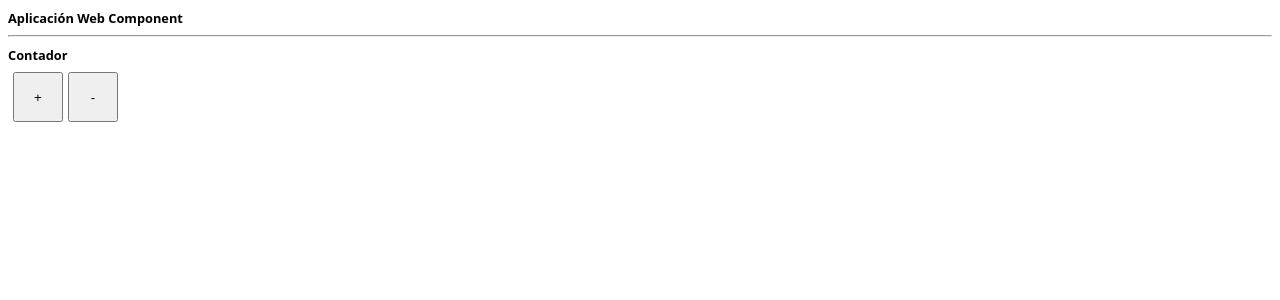
Repository: maxTech2019/Lab-react-C12024
Page: /
An editor plug-in stored every save of this project. The page is shown before and after the next save, followed by the edit.
The browser window is 1280 px wide. The pictures show the whole page.
The project was rebuilt for these pictures with package versions that can differ from the ones it lists, and the page was loaded fresh each time. Also part of the build but not shown: vite.config.js, src/component/Productos.jsx.

Above is the page before, as saved 2024-06-04 17:05:08.

After the next save:
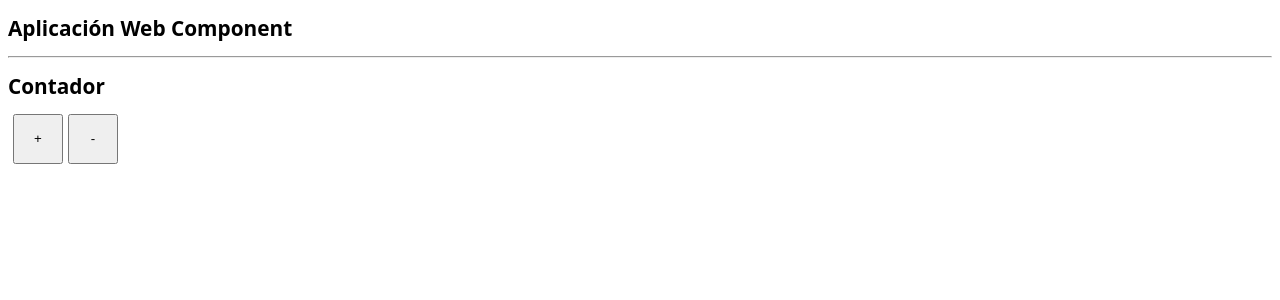
Saved 6 s later.
--- a/src/css/estilos_contuseEffect.css
+++ b/src/css/estilos_contuseEffect.css
@@ -5,5 +5,5 @@
  }
  h1{
     font-family: system-ui;
-    font-size: 0.8em;
+    font-size: 1.3em;
  }
